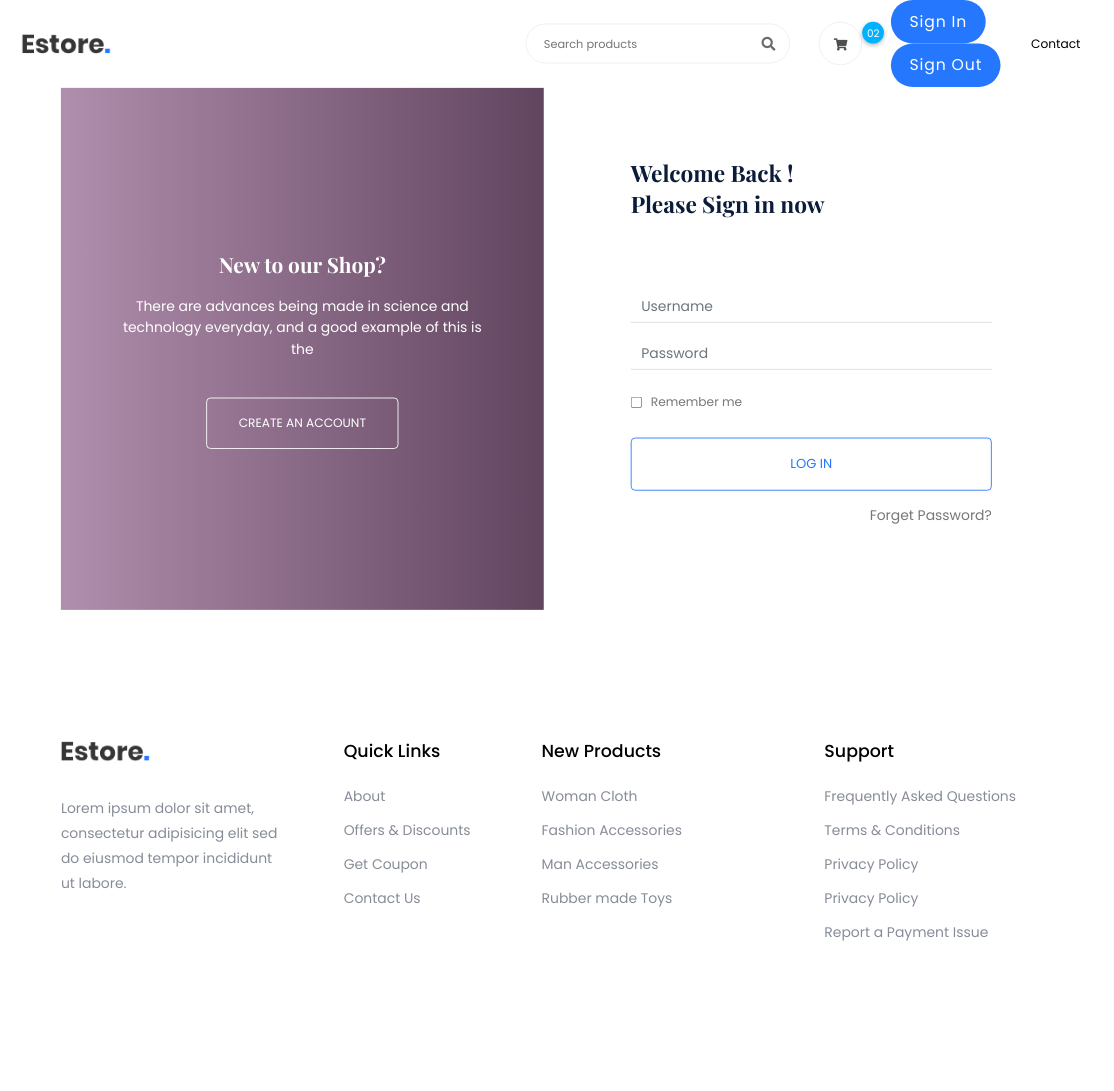
Repository: tuanloc782004/Estore-Bookshop-Website
Page: http://localhost/auth/register
These files come from the project's save history. The page is drawn as it stood at one moment and after the next save; the edit follows.
The browser window is 1280 px wide. The pictures show the whole page, at 87% of full size.
Some web fonts or font styles are not loaded; a fallback is used. The page is this project's Thymeleaf template; nobody is signed in. The template is opened directly, without the code that normally fills it, so the values that code supplies are empty.

Above is the page before, as saved 2024-10-26 12:53:33.

After the next save:
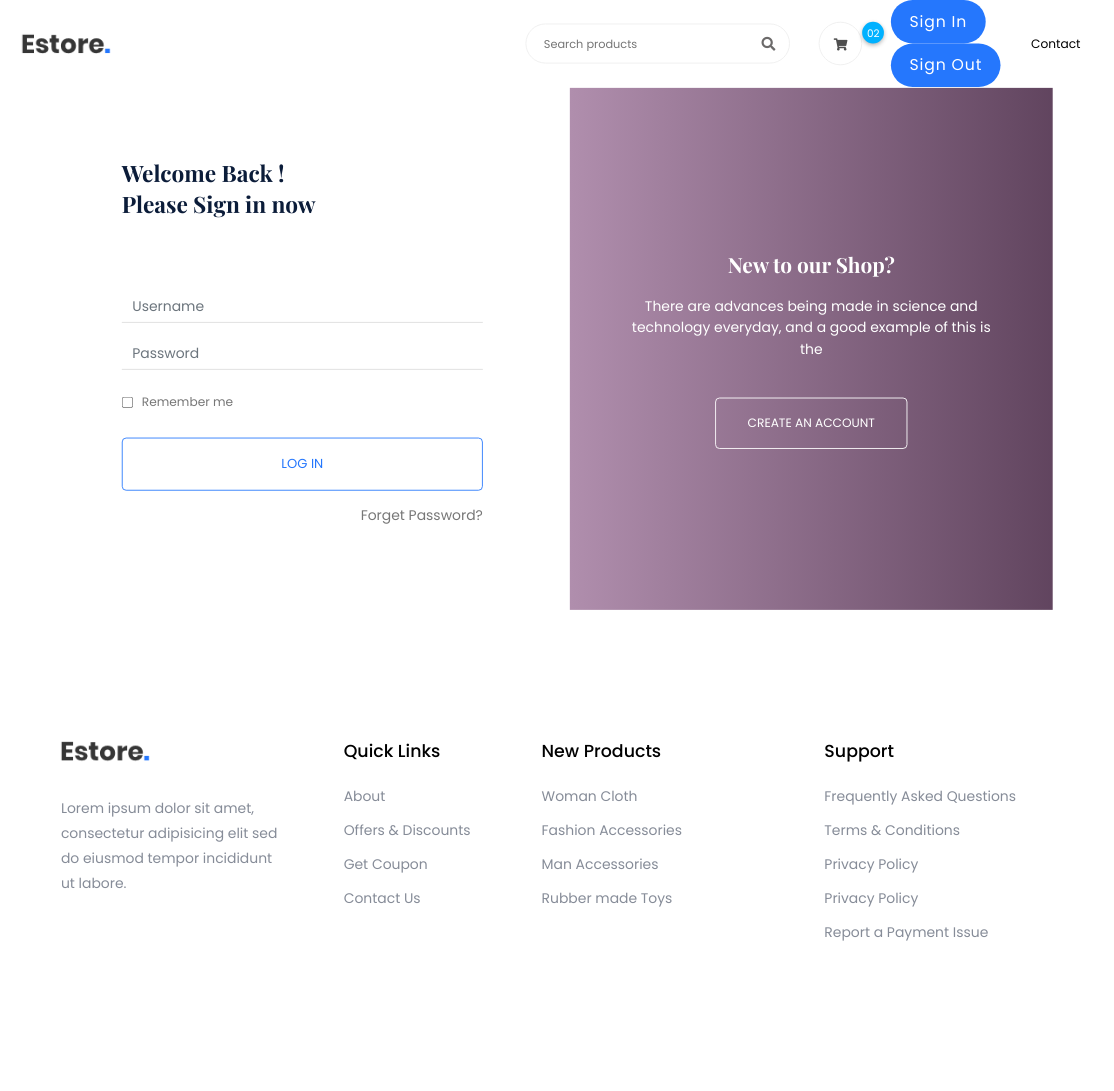
Saved 51 min 20 s later.
--- a/myscp/src/main/resources/templates/auth/register.html
+++ b/myscp/src/main/resources/templates/auth/register.html
@@ -14,16 +14,6 @@
 	<section class="login_part">
 		<div class="container">
 			<div class="row align-items-center">
-				<div class="col-lg-6 col-md-6">
-					<div class="login_part_text text-center">
-						<div class="login_part_text_iner">
-							<h2>New to our Shop?</h2>
-							<p>There are advances being made in science and technology
-								everyday, and a good example of this is the</p>
-							<a href="#" class="btn_3">Create an Account</a>
-						</div>
-					</div>
-				</div>
 				<div class="col-lg-6 col-md-6">
 					<div class="login_part_form">
 						<div class="login_part_form_iner">
@@ -56,6 +46,16 @@
 						</div>
 					</div>
 				</div>
+				<div class="col-lg-6 col-md-6">
+					<div class="login_part_text text-center">
+						<div class="login_part_text_iner">
+							<h2>New to our Shop?</h2>
+							<p>There are advances being made in science and technology
+								everyday, and a good example of this is the</p>
+							<a href="#" class="btn_3">Create an Account</a>
+						</div>
+					</div>
+				</div>
 			</div>
 		</div>
 	</section>
